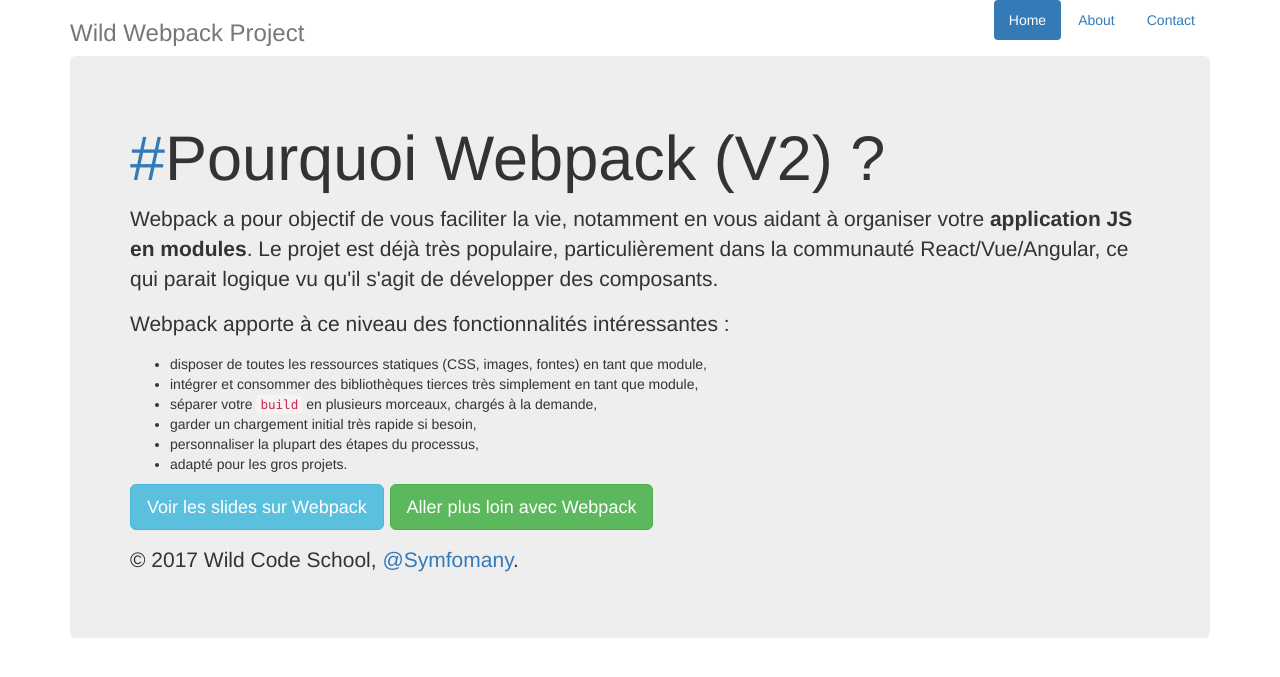
Repository: Symfomany/wildwebpack
Page: src/index.html
The author's editor kept a copy of each file at every save. The page is drawn from the files as they stood at one save, then again after the next save.
The browser window is 1280 px wide. The pictures show the whole page.

Above is the page before, as saved 2017-03-03 07:49:12.

### src/index.html
<!doctype html>
<html lang="fr">
<head>
  <meta charset="utf-8">
  <meta name="viewport" content="width=device-width, initial-scale=1">
  <title>Wild Webpack 2.0</title>
  <!--cdn Boostrap-->
  <link rel="stylesheet" type="" href="https://maxcdn.bootstrapcdn.com/bootstrap/3.3.7/css/bootstrap.min.css">
  <link href='http://fonts.googleapis.com/css?family=Roboto' rel='stylesheet' type='text/css'>

</head>
<body>
 <div class="container">
      <div class="header clearfix">
        <nav>
          <ul class="nav nav-pills pull-right">
            <li role="presentation" class="active"><a href="#">Home</a></li>
            <li role="presentation"><a href="#">About</a></li>
            <li role="presentation"><a href="#">Contact</a></li>
          </ul>
        </nav>
        <h3 class="text-muted">Wild Webpack Project</h3>
      </div>

      <div class="jumbotron">
        <div class="phenomic-BodyContainer" data-reactid="57"><h1 id="pourquoi-webpack-"><a href="#pourquoi-webpack-" class="phenomic-HeadingAnchor">#</a>Pourquoi Webpack (V2) ?</h1>
          <p>Webpack a pour objectif de vous faciliter la vie, notamment en vous aidant à
          organiser votre <b>application JS en modules</b></a>.
          Le projet est déjà très populaire, particulièrement dans la communauté React/Vue/Angular, ce qui
          parait logique vu qu'il s'agit de développer des composants.</p>
          <p>Webpack apporte à ce niveau des fonctionnalités intéressantes :</p>
          <ul>
          <li>disposer de toutes les ressources statiques (CSS, images, fontes) en tant que
          module,</li>
          <li>intégrer et consommer des bibliothèques tierces très simplement en tant
          que module,</li>
          <li>séparer votre <code>build</code> en plusieurs morceaux, chargés à la demande,</li>
          <li>garder un chargement initial très rapide si besoin,</li>
          <li>personnaliser la plupart des étapes du processus,</li>
          <li>adapté pour les gros projets.</li>
          </ul>
        <p>

           <a class="btn btn-lg btn-info" href="http://okonet.ru/viennajs-webpack-introduction/" role="button">Voir les slides sur Webpack</a>
          <a class="btn btn-lg btn-success" href="https://webpack.js.org/concepts/" role="button">Aller plus loin avec Webpack</a>

          </p>
      </div>


      <footer class="footer">
        <p>© 2017 Wild Code School, <a href="https://twitter.com/Symfomany?lang=fr">@Symfomany</a>.</p>
      </footer>

    </div>
</body>
</html>

After the next save:
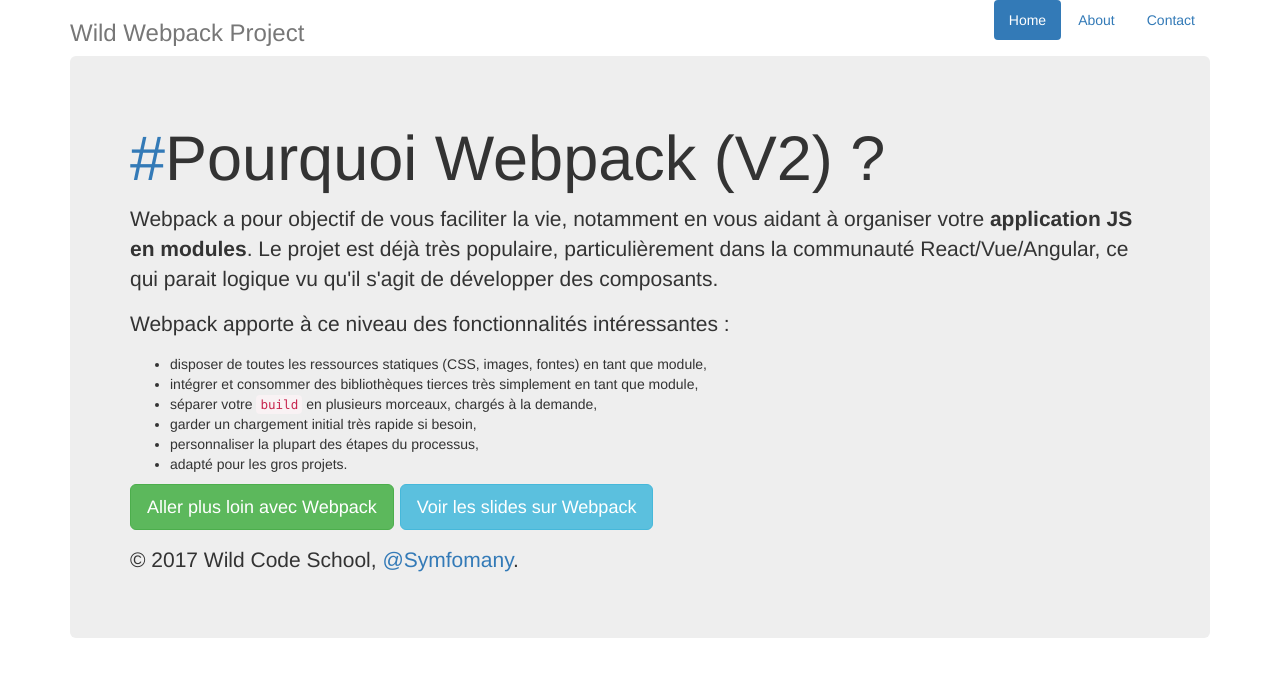
Saved 6 s later.
--- a/src/index.html
+++ b/src/index.html
@@ -41,8 +41,9 @@
           </ul>
         <p>
 
+
+          <a class="btn btn-lg btn-success" href="https://webpack.js.org/concepts/" role="button">Aller plus loin avec Webpack</a>
            <a class="btn btn-lg btn-info" href="http://okonet.ru/viennajs-webpack-introduction/" role="button">Voir les slides sur Webpack</a>
-          <a class="btn btn-lg btn-success" href="https://webpack.js.org/concepts/" role="button">Aller plus loin avec Webpack</a>
 
           </p>
       </div>
